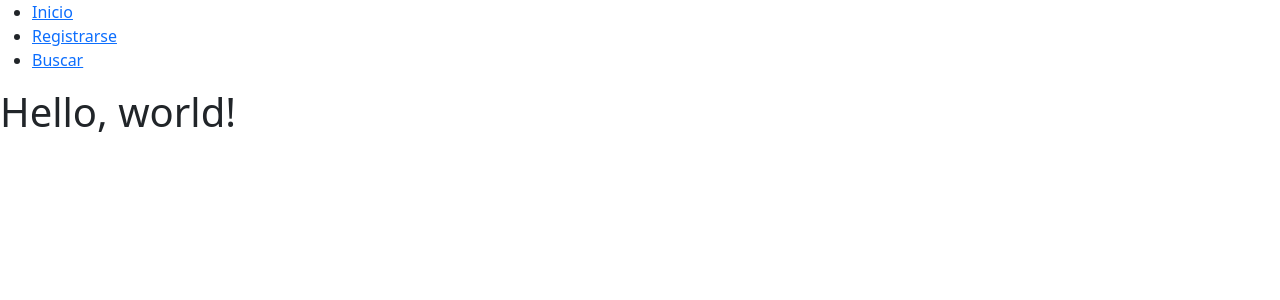
Repository: frnalonso/libreria
Page: src/main/resources/templates/buscar.html
The author's editor kept a copy of each file at every save. The page is drawn from the files as they stood at one save, then again after the next save.
The browser window is 1280 px wide. The pictures show the whole page.

Above is the page before, as saved 2021-11-05 05:43:18.

After the next save:
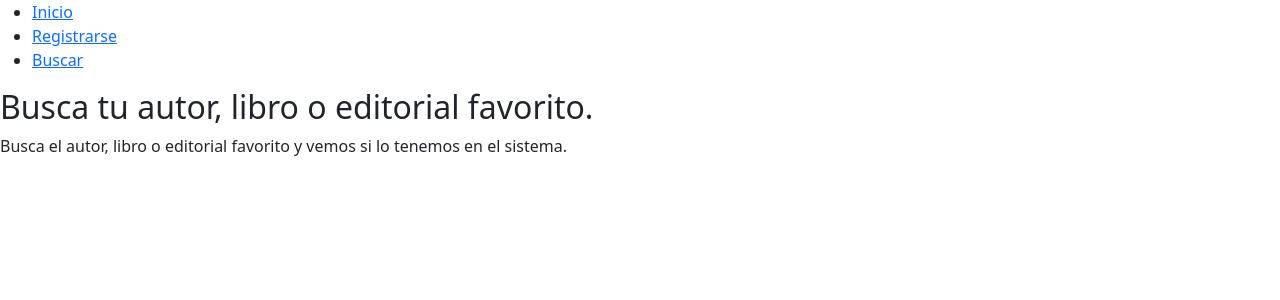
Saved 44 s later.
--- a/src/main/resources/templates/buscar.html
+++ b/src/main/resources/templates/buscar.html
@@ -18,8 +18,10 @@
             <li><a href="/buscar">Buscar</a></li>
         </ul>
     </nav>
-    <h1>Hello, world!</h1>
 
+    <h2>Busca tu autor, libro o editorial favorito.</h2>
+
+    <p>Busca el autor, libro o editorial favorito y vemos si lo tenemos en el sistema.</p>
     <!-- Optional JavaScript; choose one of the two! -->
 
     <!-- Option 1: Bootstrap Bundle with Popper -->
